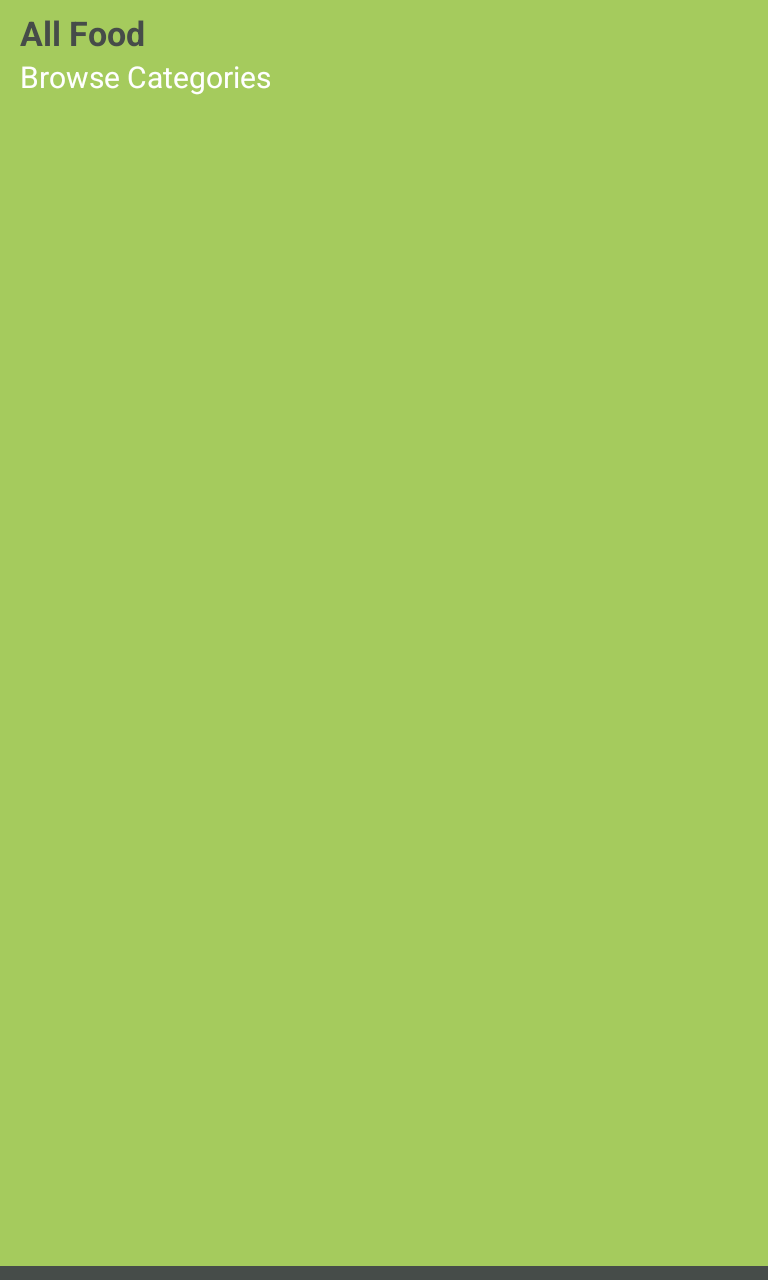
Repository: ShelfLifeApp/ShelfLife-Android
Layout: Implementation/ShelfLifeAndroid/res/layout/listview_header.xml
An editor plug-in stored every save of this project. The layout is shown before and after the next save, followed by the edit.
It is drawn on a 768 x 1280 px phone screen (xhdpi) without system bars, with theme Theme.Sherlock.Light; the app's code is not run.

Above is the layout before, as saved 2013-05-13 04:13:24.

After the next save:
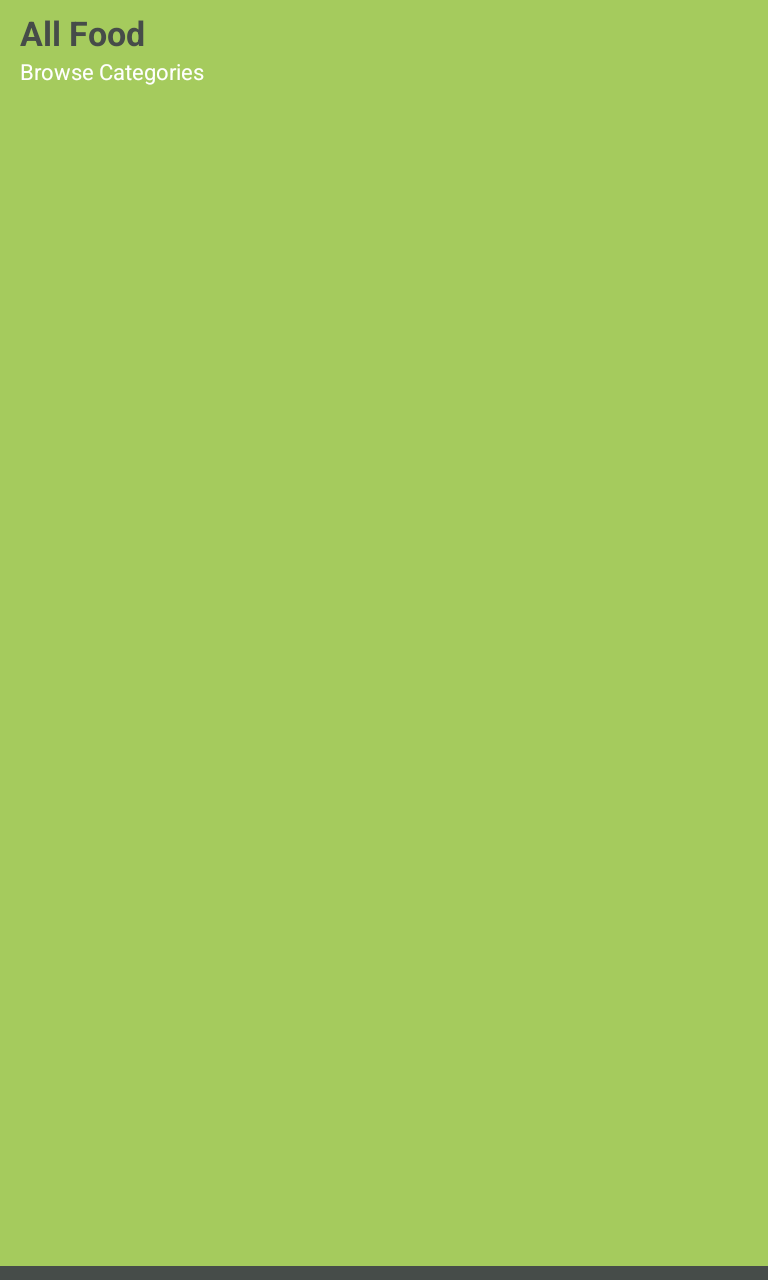
Saved 41 s later.
--- a/Implementation/ShelfLifeAndroid/res/layout/listview_header.xml
+++ b/Implementation/ShelfLifeAndroid/res/layout/listview_header.xml
@@ -28,7 +28,7 @@
 	        android:layout_width="wrap_content"
 	        android:layout_height="wrap_content"
 	        android:text="Browse Categories"
-	        android:textSize="15sp"
+	        android:textSize="11sp"
 	        android:textColor="@color/list_header_subtitle_color"
 	    />
     </LinearLayout>
